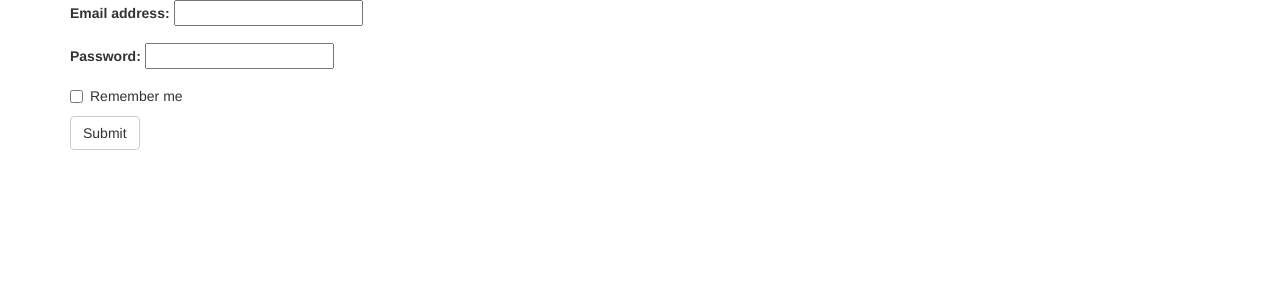
Repository: vaibhavkri/Trendnxt-Projects
Page: bootstrap/Bootstrap– L3 Assignment/Topic 6 HTML Forms/Assignment1.html
The author's editor kept a copy of each file at every save. The page is drawn from the files as they stood at one save, then again after the next save.
The browser window is 1280 px wide. The pictures show the whole page.

Above is the page before, as saved 2018-10-23 14:26:44.

### bootstrap/Bootstrap– L3 Assignment/Topic 6 HTML Forms/Assignment1.html
<!DOCTYPE html>
<html lang="en">

<head>
    <title>Bootstrap Example</title>
    <meta charset="utf-8">
    <meta name="viewport" content="width=device-width, initial-scale=1, shring-to-fit=no">
    <link rel="stylesheet" href="https://maxcdn.bootstrapcdn.com/bootstrap/3.3.7/css/bootstrap.min.css">
    <script src="https://ajax.googleapis.com/ajax/libs/jquery/3.3.1/jquery.min.js"></script>
    <script src="https://maxcdn.bootstrapcdn.com/bootstrap/3.3.7/js/bootstrap.min.js"></script>

</head>



<body>

    <div class="container">
        <form action="/action_page.php">

            <div class="form-group">
                <label for="email">Email address:</label>
                <input type="email" class="form-control-xl" id="email">
            </div>
            <div class="form-group">
                <label for="pwd">Password:</label>
                <input type="password" class="form-control-xl" id="pwd">
            </div>
            <div class="checkbox">
                <label><input type="checkbox"> Remember me</label>
            </div>
            <button type="submit" class="btn btn-default">Submit</button>
        </form>
    </div>




</body>












</html>

After the next save:
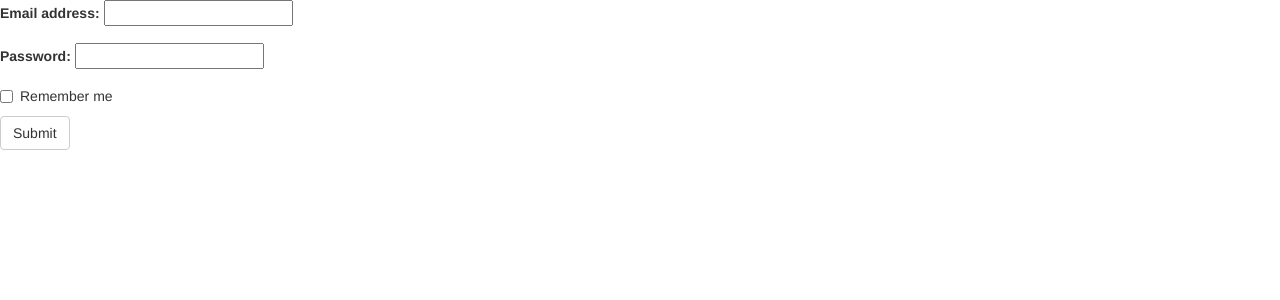
Saved 36 s later.
--- a/bootstrap/Bootstrap– L3 Assignment/Topic 6 HTML Forms/Assignment1.html
+++ b/bootstrap/Bootstrap– L3 Assignment/Topic 6 HTML Forms/Assignment1.html
@@ -15,24 +15,21 @@
 
 <body>
 
-    <div class="container">
-        <form action="/action_page.php">
+    <form action="/action_page.php">
 
-            <div class="form-group">
-                <label for="email">Email address:</label>
-                <input type="email" class="form-control-xl" id="email">
-            </div>
-            <div class="form-group">
-                <label for="pwd">Password:</label>
-                <input type="password" class="form-control-xl" id="pwd">
-            </div>
-            <div class="checkbox">
-                <label><input type="checkbox"> Remember me</label>
-            </div>
-            <button type="submit" class="btn btn-default">Submit</button>
-        </form>
-    </div>
-
+        <div class="form-group">
+            <label for="email">Email address:</label>
+            <input type="email" class="form-control-xl" id="email">
+        </div>
+        <div class="form-group">
+            <label for="pwd">Password:</label>
+            <input type="password" class="form-control-xl" id="pwd">
+        </div>
+        <div class="checkbox">
+            <label><input type="checkbox"> Remember me</label>
+        </div>
+        <button type="submit" class="btn btn-default">Submit</button>
+    </form>
 
 
 
